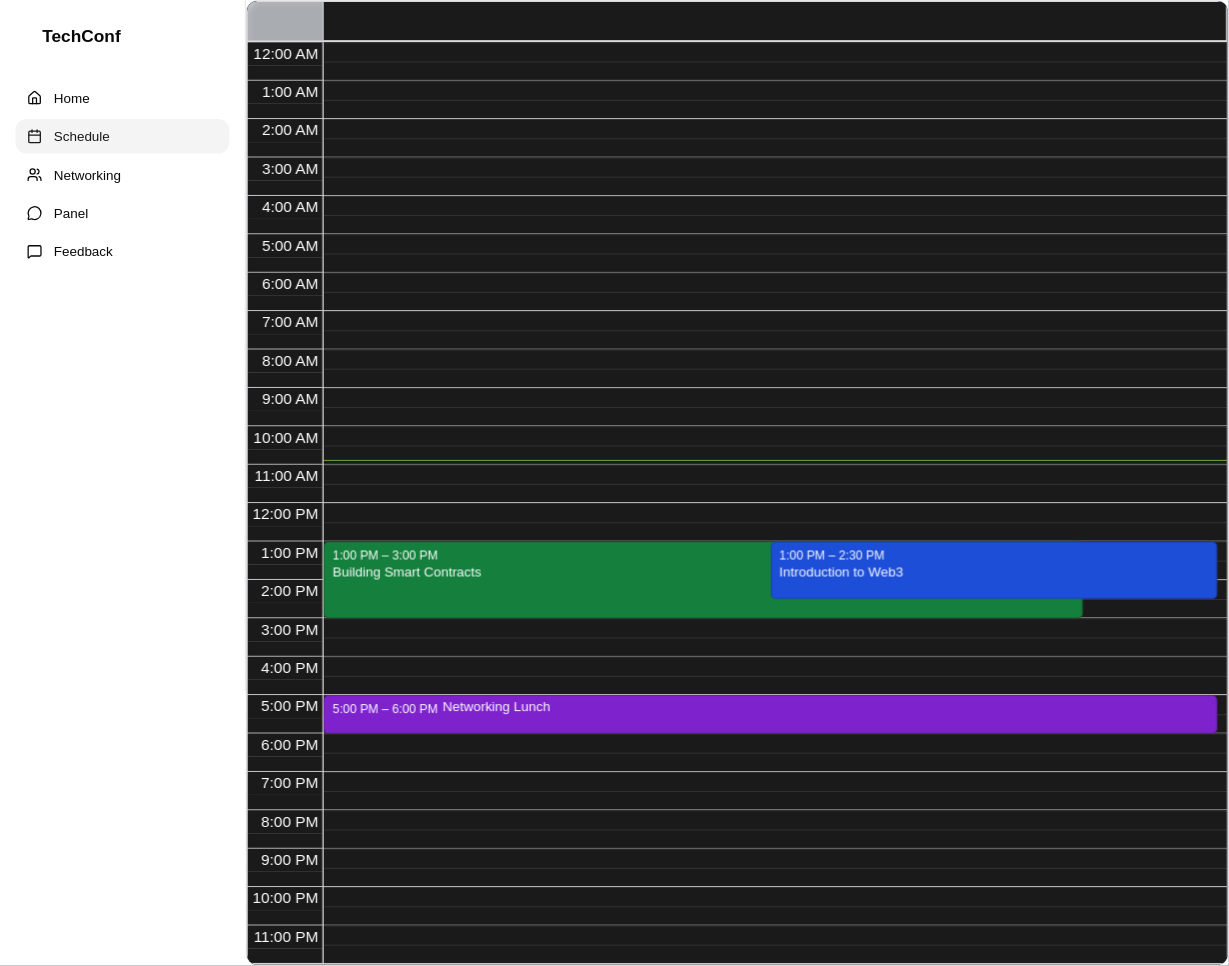
Repository: mrnavdal/symposium-2024
Page: /schedule (app in symposium24/)
An editor plug-in stored every save of this project. The page is shown before and after the next save, followed by the edit.
The browser window is 1280 px wide. The pictures show the whole page, at 96% of full size.
The project was rebuilt for these pictures with package versions that can differ from the ones it lists, and the page was loaded fresh each time. The framework's server and built-in components were replaced by stand-ins that run in the browser. Also part of the build but not shown: symposium24/next.config.ts.

Above is the page before, as saved 2024-11-08 13:47:17.

After the next save:
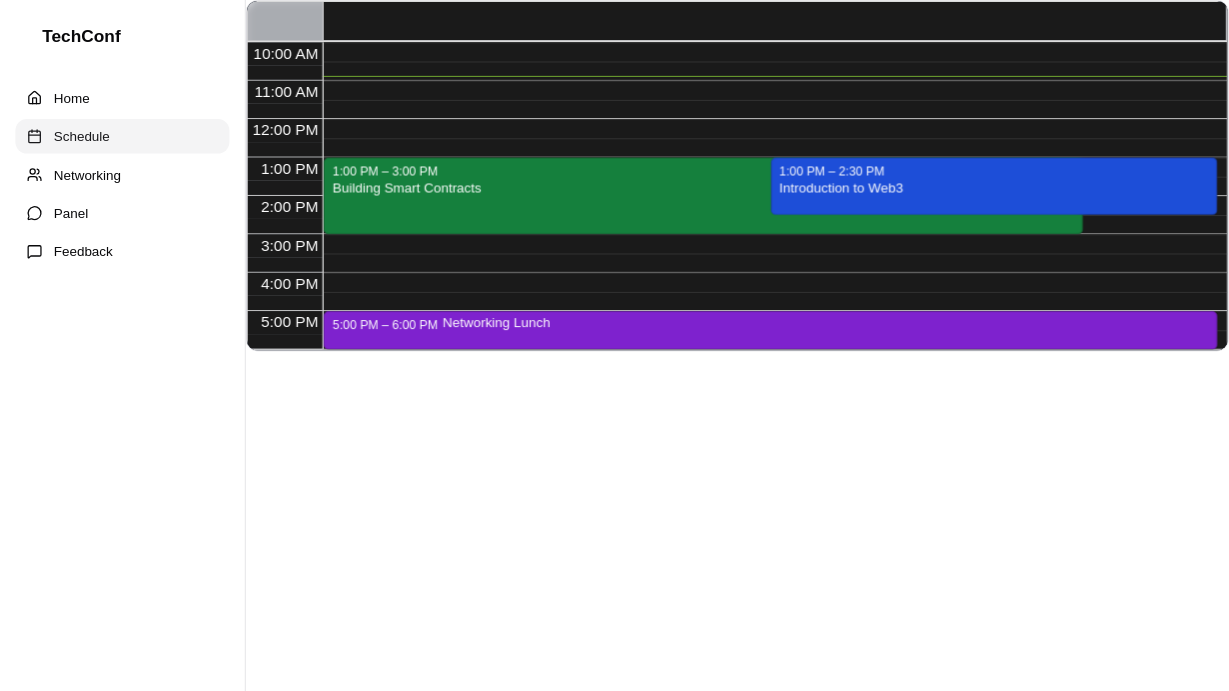
Saved 77 s later.
--- a/symposium24/src/components/Calendar.tsx
+++ b/symposium24/src/components/Calendar.tsx
@@ -48,6 +48,8 @@ export function Calendar({ events }: CalendarProps) {
       'h-[700px] md:h-[800px] bg-gray-900',
       theme === 'dark' && 'rbc-calendar-dark',
     ),
+    min: new Date(2024, 10, 8, 10, 0),
+    max: new Date(2024, 10, 8, 18, 0),
     localizer,
     events,
     defaultView: 'day' as View,
